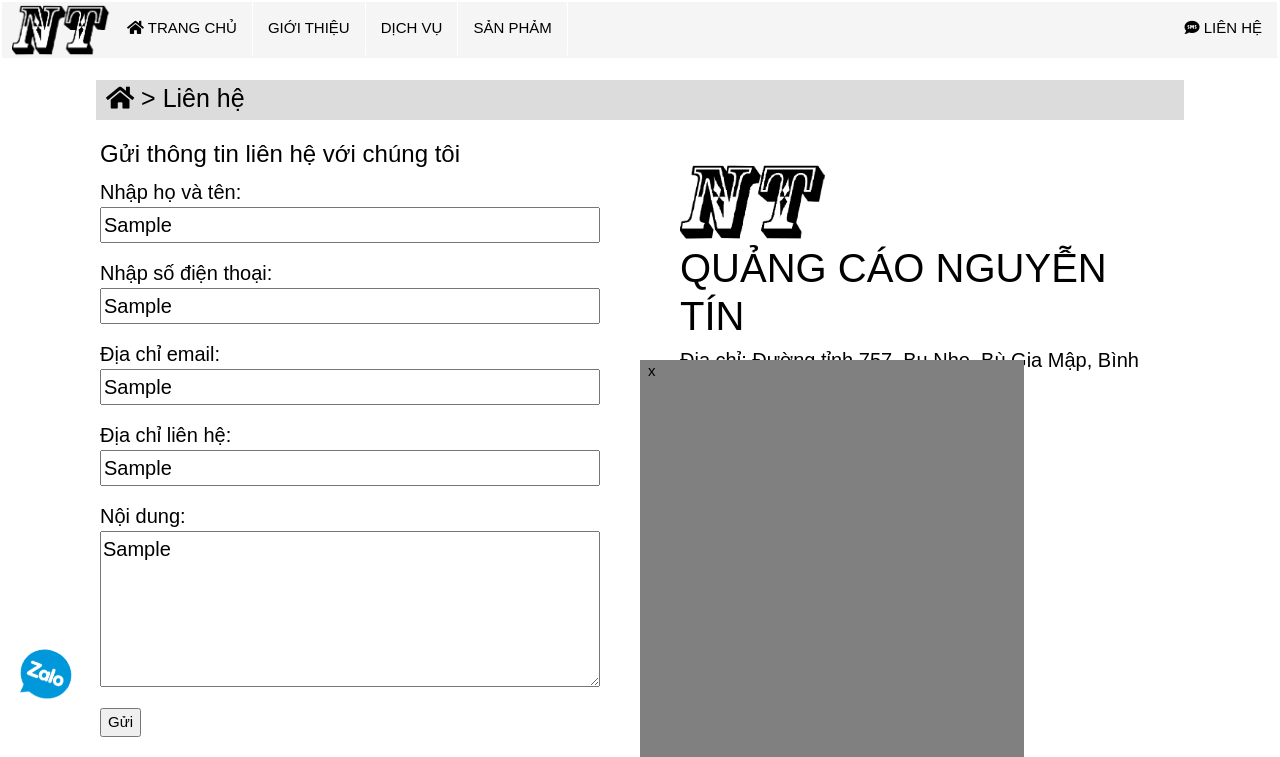
Repository: Haunguyen42193/quangcaonguyentin.github.io
Page: contact.html
An editor plug-in stored every save of this project. The page is shown before and after a run of saves, followed by the edit.
The browser window is 1280 px wide. The pictures show the part of the page from y = 0 to 757 px (the page is 1526 px tall).
Empty fields were first filled with sample values (such as "Sample", 5 or name@example.com).
After loading, the first visible `#submit` was clicked once.
Pictures or frames that could not be fetched are drawn as grey boxes. Some web fonts or font styles are not loaded; a fallback is used. Some web libraries are served in a nearby version.

Above is the page before, as saved 2021-09-17 17:24:26.

### contact.html
<!DOCTYPE html>
<html lang="en">
<head>
    <meta charset="UTF-8">
    <meta http-equiv="X-UA-Compatible" content="IE=edge">
    <meta name="viewport" content="width=device-width, initial-scale=1.0">
    <title>Quảng Cáo Nguyễn Tín</title>
    <link rel="shotcut icon" href="images/logo2.png"/>
    <link
    rel="stylesheet"
    href="https://cdnjs.cloudflare.com/ajax/libs/animate.css/4.1.1/animate.min.css"
    />
    <!--carousel-->
    <link href="https://cdn.jsdelivr.net/npm/bootstrap@5.1.0/dist/css/bootstrap.min.css" rel="stylesheet" integrity="sha384-KyZXEAg3QhqLMpG8r+8fhAXLRk2vvoC2f3B09zVXn8CA5QIVfZOJ3BCsw2P0p/We" crossorigin="anonymous">
    <!--font awesome-->
    <link rel="stylesheet" href="https://pro.fontawesome.com/releases/v5.10.0/css/all.css" integrity="sha384-AYmEC3Yw5cVb3ZcuHtOA93w35dYTsvhLPVnYs9eStHfGJvOvKxVfELGroGkvsg+p" crossorigin="anonymous"/>
    <!--css-->
    <link rel="stylesheet" href="CSS/stylecontact.css"/>
    <!--font chữ-->
    <link rel="preconnect" href="https://fonts.googleapis.com">
    <link rel="preconnect" href="https://fonts.gstatic.com" crossorigin>
    <link href="https://fonts.googleapis.com/css2?family=K2D:wght@600&display=swap" rel="stylesheet">
    <!-- JavaScript Bundle with Popper -->
    <script src="https://cdn.jsdelivr.net/npm/bootstrap@5.1.0/dist/js/bootstrap.bundle.min.js" integrity="sha384-U1DAWAznBHeqEIlVSCgzq+c9gqGAJn5c/t99JyeKa9xxaYpSvHU5awsuZVVFIhvj" crossorigin="anonymous"></script>
    <!--Jquery-->
    <script src="Js/jquery-3.6.0.min.js"></script>

</head>
<body>
    <script src="Js/main.js"></script>
    <nav class="header-menu">
        <div class="menu">
            <div class="logo">
                <a href="homepage.html"><img src="images/logo2.png" alt="bang quang cao tiem" id="logotiem"/></a>
            </div>
            <ul>
                <li><a href="homepage.html"><i class="fas fa-home"></i> TRANG CHỦ</a></li>
                <li><a href="#">GIỚI THIỆU</a></li>
                <li class="sub"><a href="homepage.html">DỊCH VỤ</a>
                    <ul class="menu subcontent">
                        <li><a href="#">LÀM BẢNG HIỆU LED</a></li>
                        <li><a href="#">LÀM BẢNG HIỆU ALU</a></li>
                        <li><a href="#">LÀM BẢNG HIỆU HỘP ĐÈN</a></li>
                        <li><a href="#">LÀM BẢNG HIỆU MICA</a></li>
                    </ul>
                </li>
                <li class="sub"><a href="#">SẢN PHẢM</a>
                    <ul class="menu subcontent">
                      <li><a href="#">BẢNG HIỆU HỘP ĐÈN</a></li>
                      <li><a href="#">MẶT DỰNG ALU</a></li>
                      <li><a href="#">BẢNG HIỆU CHỮ NỔI</a></li>
                      <li><a href="#">BẢNG HIỆU LED</a></li>
                    </ul>
                </li>
                <li><a href="contact.html"><i class="fas fa-sms"></i> LIÊN HỆ</a></li>
            </ul>
        </div>
      </nav>

      <!--go to top-->
      <div>
        <a id="goToTop" href="javascript:;"><i class="fas fa-chevron-up" title="GO TO TOP"></i></a>
      </div>
      <!--zalo-->
      <div class="zalo">
        <a href="https://zalo.me/0982652639" target="_blank"><img src="images/icon-zalo1.png"/></a>
      </div>
      <!--content of contact-->
    <section>
        <div class="contact-title">
            <div>
                <a href="homepage.html" title="Trang chủ"><i class="fas fa-home"></i></a>
                <span>></span>
                <span class="move">Liên hệ</span>
            </div>
        </div>
        <div class="contact">
            <div class="contact-info">
                <h4>Gửi thông tin liên hệ với chúng tôi</h4>
                <div class="nhap">
                    <p>Nhập họ và tên: </p><input type="text" placeholder="Nhập họ và tên" id="name"/>
                </div>
                <div class="nhap">
                    <p>Nhập số điện thoại:</p><input type="text" placeholder="Nhập số điện thoại" id="phone"/>
                </div>
                <div class="nhap">
                    <p>Địa chỉ email: </p><input type="text" placeholder="email" id="mail"/>
                </div>
                <div class="nhap">
                    <p>Địa chỉ liên hệ: </p><input type="text" placeholder="Địa chỉ đầy đủ" id="address/>
                </div>
                <div class="nhap">
                    <p>Nội dung:</p>
                    <textarea placeholder="Nhập nội dung yêu cầu" name="sNoidung" rows="5" id="request"></textarea>
                </div>
                <div class="submit">
                    <input type="button" value="Gửi" id="submit"/>
                </div>

            </div>
        </div>
        <section class="notice">
          <div class="popup">
            <a href="#">x</a>
          </div>
        </section>
        <div class="contact1">
            <div class="contact-info">
                <img src="images/logo2.png" alt="logo" class="foot-logo" />
                <h1>QUẢNG CÁO NGUYỄN TÍN</h1>
                <h2>Địa chỉ: Đường tỉnh 757, Bu Nho, Bù Gia Mập, Bình Phước, Việt Nam</h2>
                <h2>SĐT: 0982.652.639 - 0945.879.839</h2>
                <h2>Mail: quangcaonguyentin@gmail.com</h2>
            </div>
        </div>
    </section>
    <div class="google-map-contact">
        <iframe src="https://www.google.com/maps/embed?pb=!1m18!1m12!1m3!1d5524.536939975059!2d106.86915028708552!3d11.734195462804998!2m3!1f0!2f0!3f0!3m2!1i1024!2i768!4f13.1!3m3!1m2!1s0x31735d28dd4c295f%3A0xd023a3b16b598d53!2zVHLGsOG7nW5nIFRIUFQgTmd1eeG7hW4gS2h1eeG6v24gLSBCw7kgTmhv!5e0!3m2!1svi!2s!4v1629276927340!5m2!1svi!2s" style="border:0;" allowfullscreen="" loading="lazy"></iframe>"
      </div>
    <section>
        <div class="foot-contacts">
          <div class="foot-contact">
            <img src="images/logo2.png" alt="logo" class="foot-logo" />
            <h1>QUẢNG CÁO NGUYỄN TÍN</h1>
            <h2>Địa chỉ: Đường tỉnh 757, Bu Nho, Bù Gia Mập, Bình Phước, Việt Nam</h2>
            <h2>SĐT: 0982.652.639 - 0945.879.839</h2>
            <h2>Mail: quangcaonguyentin@gmail.com</h2>
          </div>
          <div class="foot-service">
            <div class="foot-service-title">
              <h1>DANH MỤC DỊCH VỤ</h1>
            </div>
            <h2><a href="#">Làm bảng hiệu LED</a></h2>
            <h2><a href="#">Làm bảng hiệu ALU</a></h2>
            <h2><a href="#">Làm bảng hiệu HỘP ĐÈN</a></h2>
            <h2><a href="#">Làm bảng hiệu MICA</a></h2>
          </div>
          <div class="foot-product">
            <div class="foot-service-title">
              <h1>DANH MỤC SẢN PHẨM</h1>
            </div>
            <h2><a href="#">Làm bảng hiệu LED</a></h2>
            <h2><a href="#">Làm bảng hiệu ALU</a></h2>
            <h2><a href="#">Làm bảng hiệu HỘP ĐÈN</a></h2>
            <h2><a href="#">Làm bảng hiệu MICA</a></h2>
          </div>
        </div>
      </section>
      <!--foot-->
      <div class="web-foot">
        <h2>QUẢNG CÁO NGUYỄN TÍN &#10052 2021</h2>
      </div>
</body>
</html>

### CSS/stylecontact.css
body {
    font-family: 'K2D', sans-serif;
    font-size: 15px;
    background-color: white;
    background-repeat: no-repeat;
    background-attachment: fixed;
}
/*menu*/
.header-menu{
    width:100%;
    background-color: whitesmoke;
    padding-left: 10px;
    border: 2px solid white;
    position: fixed;
    z-index:99;
    top:0;
    left:0;
}
img#logotiem{
    width:100px;
    float:left;
}
div.menu > ul{
    display:flex;
    /* justify-content: center;
    align-items: center; */
}
div.menu ul{
    list-style-type: none;
    margin: 0;
    padding:0;
    background-color: whitesmoke;
}
div.menu ul li:last-child{
    margin-left: auto;
}
.subcontent{
    display:none;
    background: linear-gradient(gray, rgb(224, 222, 222));
}
.sub:hover .subcontent{
    display: block;
    position:absolute;
    width: 230px;
}

div.menu ul li{
    margin-bottom: 0px;
    position:relative;
    border-right: 1px solid white;
}

div.menu ul li a::before{
    content: '';
     position: absolute;
     bottom: -7px;
     left: 0px;
     width: 100%;
     height: 5px;
     background-color: #0cacdd;
     border-radius: 8px 8px 0 0;
     opacity: 0;
     transition: 0.3s;
}

div.menu ul li a:hover:before{
    opacity: 1;
    bottom:0;
}
div.menu ul li a{
    text-decoration: none;
    display: block;
    padding: 15px;
}
a:link{
    color:black;
}
a:visited{
    color:black;
}
a:hover{
    background-color: rgb(37, 32, 32);
    color: #2591d8;
}
a:active{
    color:rgb(35, 23, 201);
}

.subcontent::before{
    content: " ";
    border-width: 10px;
    border-style: solid;
    border-color:transparent transparent gray transparent;
    position: absolute;
    bottom: 100%;
    left:15%;
}
/*gototop*/
#goToTop {
    position: fixed;
    font-size: 30px;
    border-radius: 50%;
    z-index: 99;
    padding: 0 10px;
    border: 2px solid red;
    color: red;
    opacity: 0.5;
    right: 10px;
    bottom: 10px;
}
/*zalo*/
.zalo{
    position: fixed;
    z-index: 999;
    left: 20px;
    bottom: 20px;
    width: 4%;
}
.zalo img{
    width: 100%;
    animation:zalo-ring 1s infinite ease-in-out;
}
.zalo > a:hover{
    background-color: transparent;
}
@keyframes zalo-ring{
    0%{
    transform:rotate(0) scale(1) skew(1deg)
    }
    10%{
        transform:rotate(-25deg) scale(1.05) skew(1deg)
    }
    20%{
        transform:rotate(25deg) scale(1) skew(1deg)
    }
    30%{
        transform:rotate(-25deg) scale(1.05) skew(1deg)
    }
    40%{
        transform:rotate(25deg) scale(1) skew(1deg)
    }
    50%{
        transform:rotate(0) scale(1) skew(1deg)
    }
    100%{
        transform:rotate(0) scale(1) skew(1deg)
    }
}
/*foot contact*/
.foot-contacts {
    display: flex;
    position: relative;
    top: 120px;
    justify-content: center;
}
.foot-contacts h2{
    font-size: 15px;
}
.foot-contact {
    display: flex;
    width: 350px;
    flex-wrap: wrap;
    width: 25%;
}
.foot-logo{
    width:30%;
}
.foot-contact h1{
    width: 50%;
    font-size: 25px;
}
.foot-service{
    position: relative;
    border-right: 1px solid gray;
    width:25%;
    padding: 0 50px;
    border-left: 1px solid gray;
}
.foot-product{
    position: relative;
    width: 25%;
    padding: 0 50px;
}
.foot-service-title h1{
    font-size: 20px;
    padding-bottom: 10px;
    padding-top: 10px;
}
.foot-contacts a{
    text-decoration: none;
}
.foot-contacts a:link{
    color: #4b7494;
}
.foot-contacts a:visited{
    color: #4b7494;
}
.foot-contacts a:hover{
    color: #0c0e0f;
    background-color: white;
}
.foot-contacts a:active{
    color: #124c79;
}
/*web foot*/
.web-foot{
    background-color: gray;
    position: relative;
    top: 80px;
    padding: 15px;
    margin-top: 60px;
}
.web-foot > h2{
    text-align: center;
    font-size: 15px;
}
/*contact*/
.contact {
    color: black;
    position: relative;
    top:100px;
    left: 100px;
    width: 500px;
    border-radius: 5px;
}
.contact1 {
    color: black;
    position: absolute;
    top:160px;
    right: 100px;
    width: 500px;
    border-radius: 5px;
}
.contact-title{
    color: black;
    position: relative;
    top: 80px;
    width: 85%;
    margin: auto;
    height: 40px;
    background-color: gainsboro;
    font-size: 25px;
}
.contact-title div{
    padding-left: 10px;
}
.contact-title a:hover{
    background-color: transparent;
    color: black;
}
.contact-info p{
    font-size: 20px;
    position: relative;
    margin: 0;
}
.nhap input, textarea{
    font-size: 20px;
    width: 100%;
    margin-bottom: 15px;
}
.contact1 h2{
    font-size: 20px;
}
.popup{
    display: none;
    position: fixed;
    width: 30%;
    height: 400px;
    background-color: grey;
    z-index: 99;
    top: 50%;
    left:50%

}
.popup a{
    padding: 0 8px 5px;
    text-decoration: none;

}
.popup a:hover{
    background-color: red;
    color: white;
    outline: 1px groove white;
}
/*contact-map*/
.google-map-contact iframe{
    position: relative;
    top:120px;
    width: 100%;
    height:500px;
}

### Js/main.js

$(document).ready(function() {
    $("#goToTop").hide()
    $(window).scroll(function() {

        if($(this).scrollTop() >= 80)
            $("#goToTop").show("slow");
        else
            $("#goToTop").hide("slow");

    })
    $("#goToTop").click(function() {
        $("html, body").animate({
            scrollTop: 0
        }, 1000);
    })
    $("#submit").click(function(){
        $(".popup").css("display", "block")
    })
})

Loaded but not shown: Js/jquery-3.6.0.min.js (library)

After the next 2 saves:
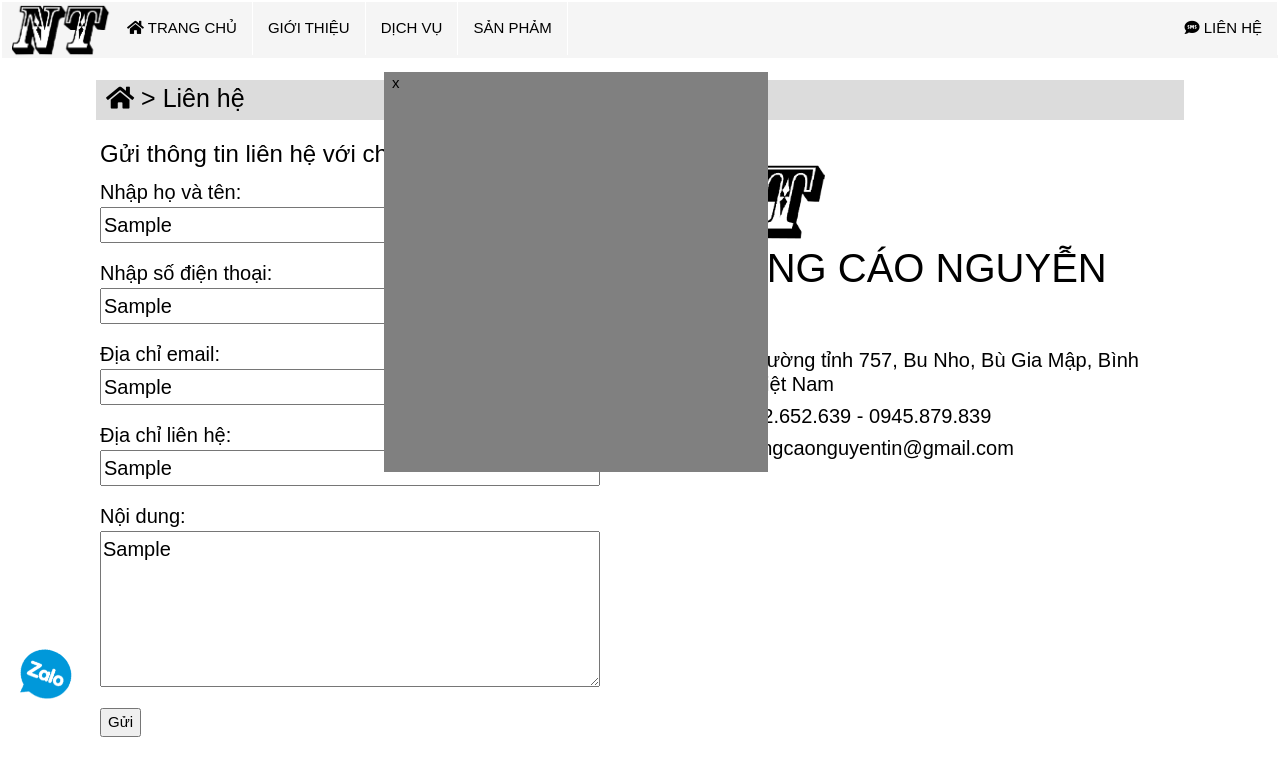
The 2 saves are shown as one change because they came seconds apart.
The last was saved 30 s later.
--- a/CSS/stylecontact.css
+++ b/CSS/stylecontact.css
@@ -268,8 +268,8 @@ a:active{
     height: 400px;
     background-color: grey;
     z-index: 99;
-    top: 50%;
-    left:50%
+    top: 10%;
+    left:30%
 
 }
 .popup a{
